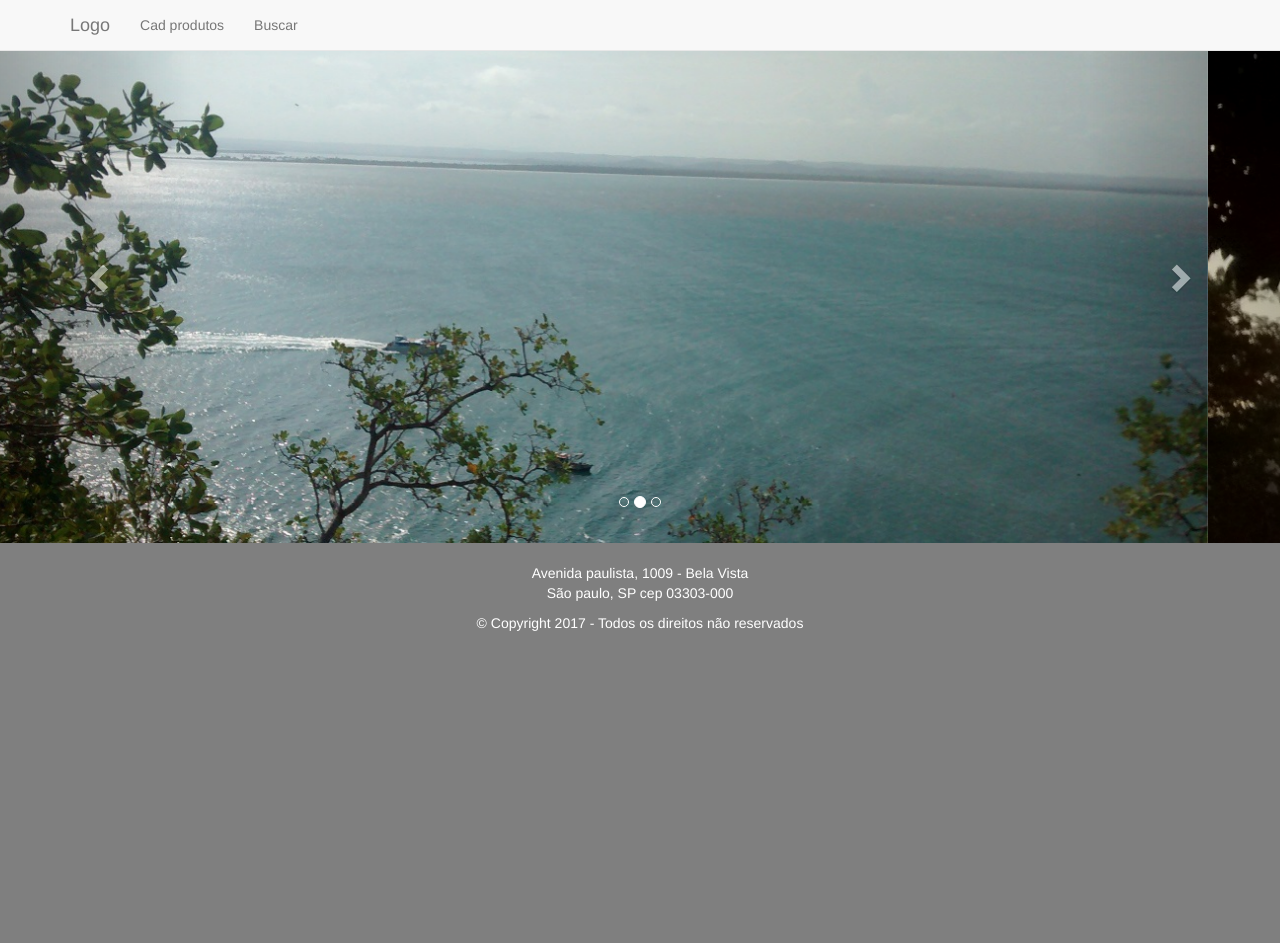
Repository: NicholasMaestrello/treinamento-impacta
Page: http://localhost/07_GestaoProdutos/
These files come from the project's save history. The page is drawn as it stood at one moment and after the next save; the edit follows.
The browser window is 1280 px wide. The pictures show the whole page.
Some web libraries are served in a nearby version. The page is served by Tomcat 9.

Above is the page before, as saved 2017-10-24 18:09:02.

After the next save:
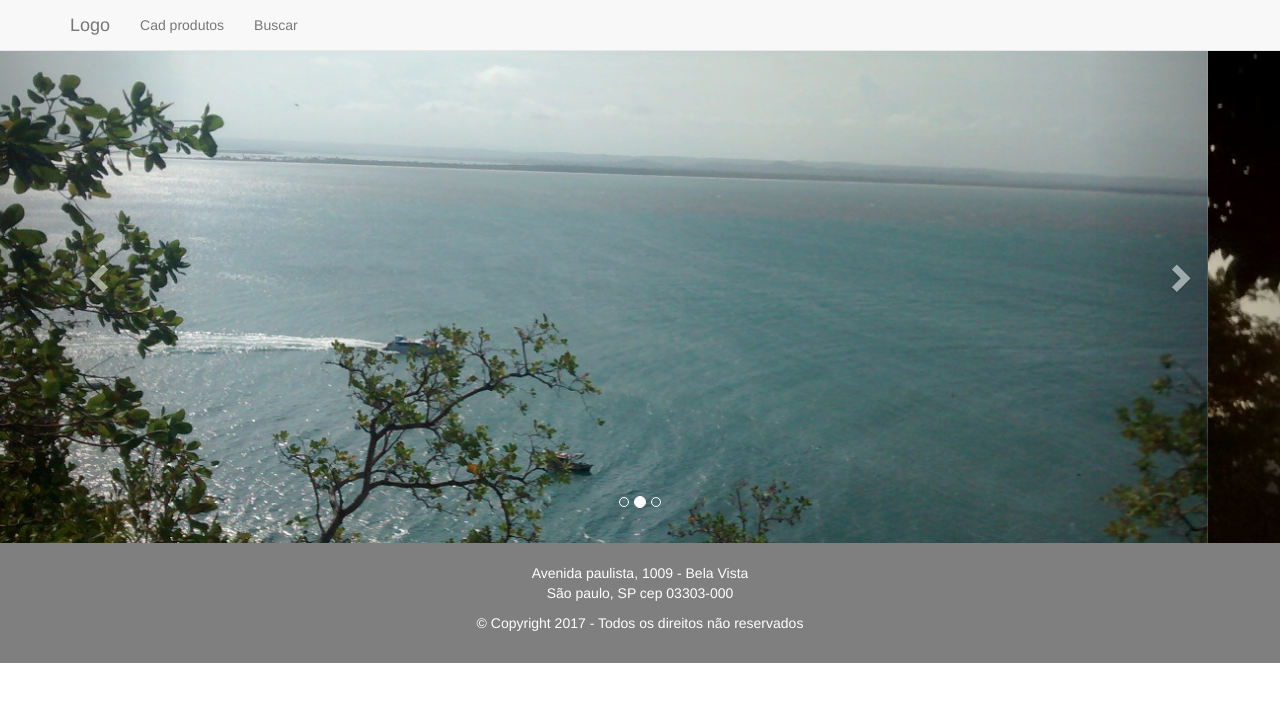
Saved 12 s later.
--- a/DesenvolvimentoJava/Modulo06/07_GestaoProdutos/WebContent/css/main.css
+++ b/DesenvolvimentoJava/Modulo06/07_GestaoProdutos/WebContent/css/main.css
@@ -16,7 +16,6 @@ body{
 footer{
 	bottom:0;
 	width: 100%;
-	height: 400px;
 	background-color: #7F7F7F;
 	text-align: center;
 	padding: 20px;
